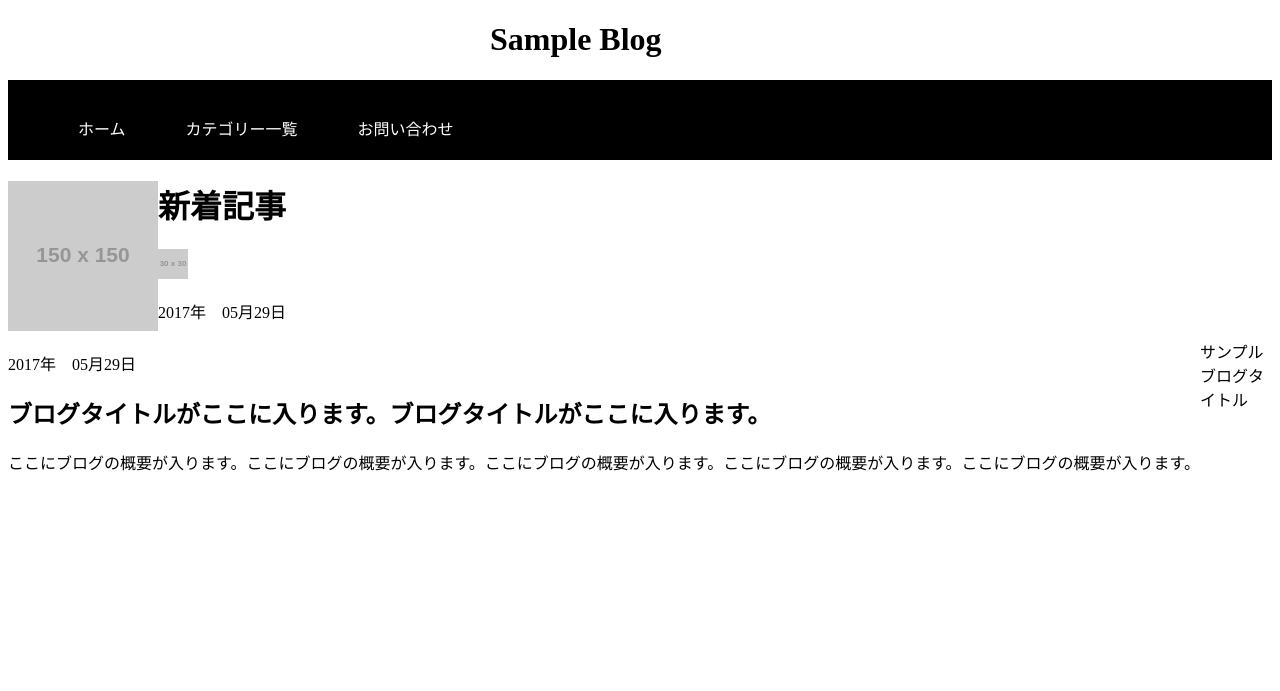
Repository: taka292/code3
Page: html/batty_coffee_stand/index.html
The author's editor kept a record of every edit. The page is drawn from the files as they stood at one moment, then again after the next edit.
The browser window is 1280 px wide. The pictures show the whole page.

Above is the page before.
Not found: html/batty_coffee_stand/css/normalize.css

### html/batty_coffee_stand/index.html
<!DOCTYPE HTML>
<html>
    <head>
        <meta charset="UTF-8">
         <title>Sample Blog</title>
        <link rel="stylesheet" href="css/normalize.css"/>
        <link rel="stylesheet" href="css/style.css"/>
    </head>
    <body>
   <header>
     <div class="title">
         <h1>Sample Blog</h1>
     </div>
     <div class="info">
         <ul>
             <li>ホーム</li>
             <li>カテゴリー一覧</li>
             <li>お問い合わせ</li>
         </ul>
     </div>
   </header>

   <main>

       <div class="left-contents">
         <div class ="large-contents">
               <div class="sample">
           <div class="contents">
               <!--<div class ="img-contents">-->
                   <img  src="https://placehold.jp/150x150.png">
               <!--</div>-->
           </div>

               </div>
           <div class="contents">
               <div class="data-contents">

                   <p>2017年　05月29日</p>
                </div>
               <h2>ブログタイトルがここに入ります。ブログタイトルがここに入ります。</h2>
               <div class="blog">
                   <p>ここにブログの概要が入ります。ここにブログの概要が入ります。ここにブログの概要が入ります。ここにブログの概要が入ります。ここにブログの概要が入ります。</p>
               </div>
            </div>
         </div>
       </div>
       <div class = "right-contents">
         <div class ="large-contents">

           <div class = "article">
               <h1>新着記事</h1>
               <div ="right-L contents">
                   <img src = "https://placehold.jp/30x30.png">
                 </div>
               <div = "right-R contents">
                   <p>2017年　05月29日</p>
                   <p>サンプルブログタイトル</p>
               </div>
           </div>
         </div>
        </div>
   </main>
   <footer>

   </footer>
    </body>
</html>

### html/batty_coffee_stand/css/style.css
.title {
  margin-left:auto;
  margin-right:auto;
  width:300px;
}
.info li{
  list-style-type:none;
  float:left;
  padding:0 30px;
  text-align:center;
}
.info {
  background-color:black;
  color:white;
  padding:20px 0;
  width: 100%;
}

.info:after{
  clear:both;
  display:block;
  content:" ";
}
.contents {
  float:left;
}

After the next edit:
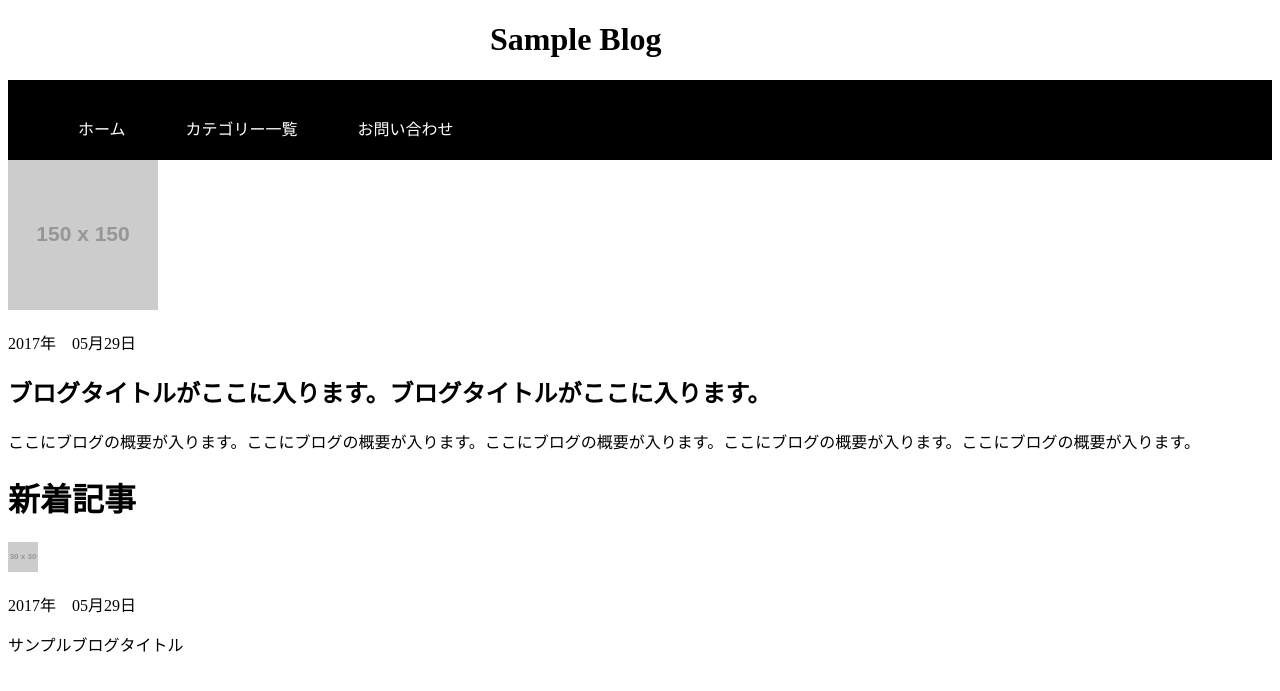
The edit:
--- a/html/batty_coffee_stand/css/style.css
+++ b/html/batty_coffee_stand/css/style.css
@@ -21,6 +21,6 @@
   display:block;
   content:" ";
 }
-.contents {
+.img-contents {
   float:left;
 }

After the 2 edits that followed:
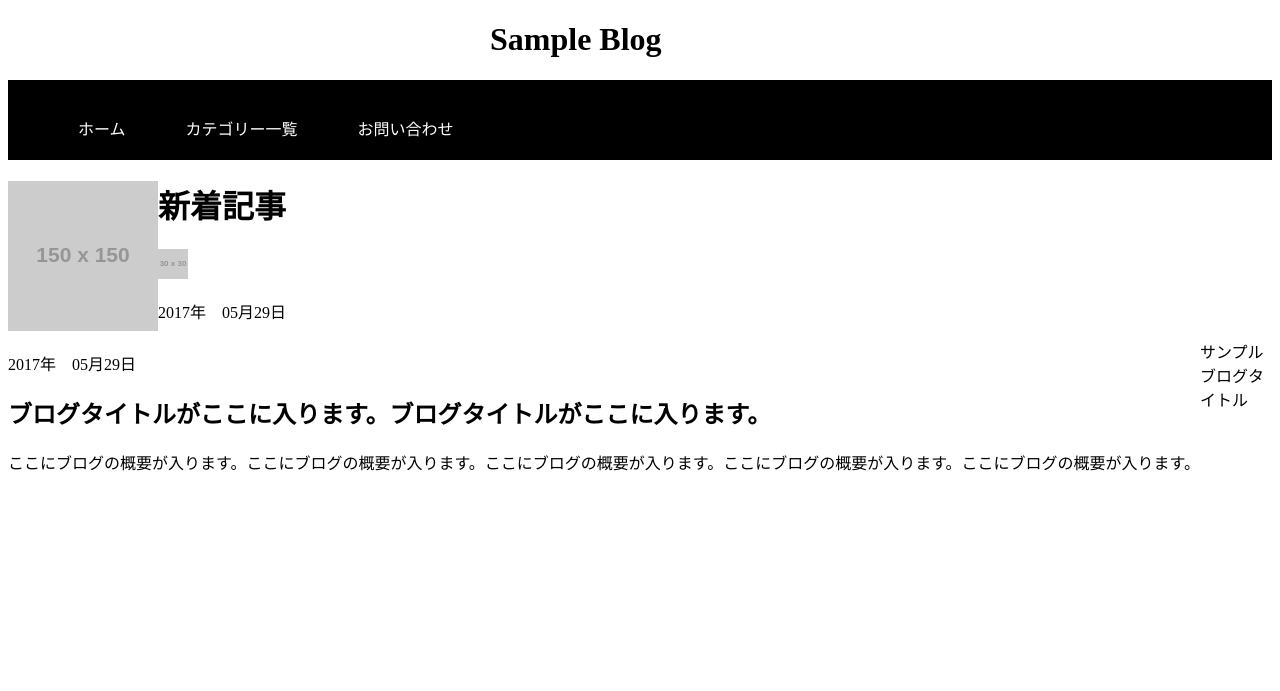
The 2 edits are shown as one change because 1 left the picture as it was.
The edit:
--- a/html/batty_coffee_stand/css/style.css
+++ b/html/batty_coffee_stand/css/style.css
@@ -21,6 +21,6 @@
   display:block;
   content:" ";
 }
-.img-contents {
+.contents {
   float:left;
 }
